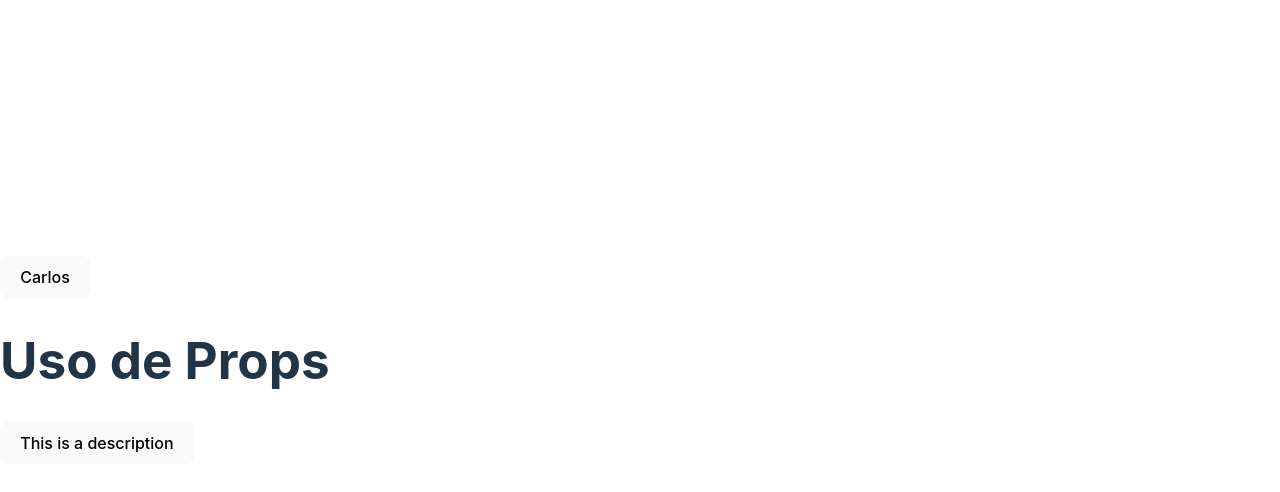
Repository: ikabeee/shopping-car
Page: /
The author's editor kept a copy of each file at every save. The page is drawn from the files as they stood at one save, then again after a run of saves.
The browser window is 1280 px wide. The pictures show the whole page.
The project was rebuilt for these pictures with package versions that can differ from the ones it lists, and the page was loaded fresh each time. Also part of the build but not shown: vite.config.ts.

Above is the page before, as saved 2024-10-17 14:46:48.

After the next 2 saves:
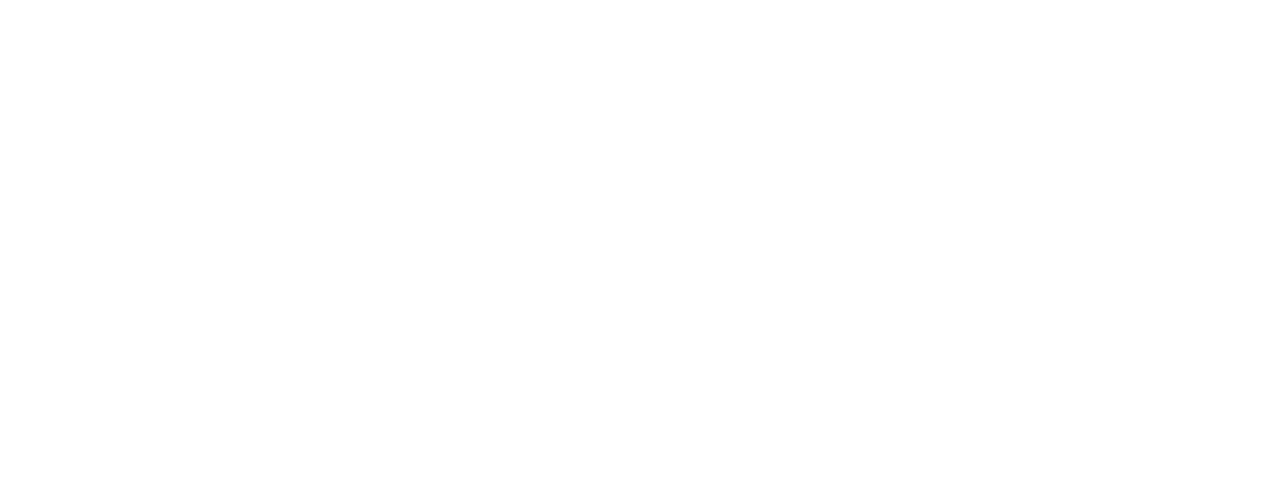
Console error: ReferenceError: disabled is not defined
The 2 saves are shown as one change because 1 did not build or start.
The last was saved 11 s later.
--- a/src/components/ButtonProps.tsx
+++ b/src/components/ButtonProps.tsx
@@ -10,7 +10,7 @@
     return (
         <>
         <h1>Uso de Props</h1>
-        <button disable>{description}</button>
+        <button disabled={disabled}>{description}</button>
         </>
 
     )

After the 2 saves that followed:
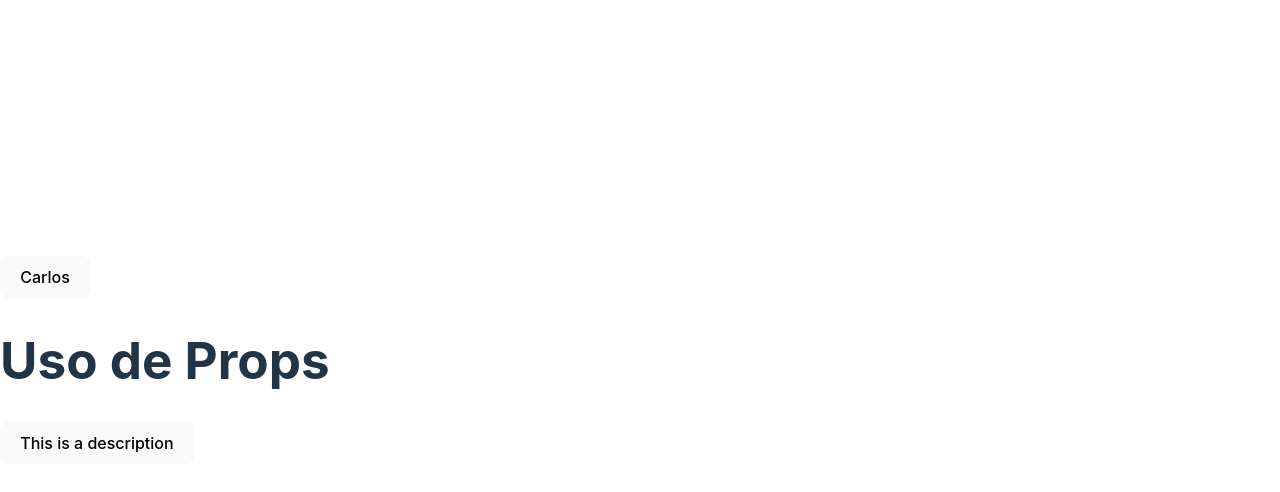
The error is gone.
The 2 saves are shown as one change because they came seconds apart.
The last was saved 10 s later.
--- a/src/components/ButtonProps.tsx
+++ b/src/components/ButtonProps.tsx
@@ -2,10 +2,10 @@
 interface ButtonProps{
     /*Attributos que los componentes pueden cambiar*/
     description:string,
-    disable:boolean,
+    disabled:boolean,
 
 }
-const ButtonProps = ({description, disable}:ButtonProps) => {
+const ButtonProps = ({description, disabled}:ButtonProps) => {
     /*description está recibiendo los tipos de datos que está recibiendo el componente*/
     return (
         <>
